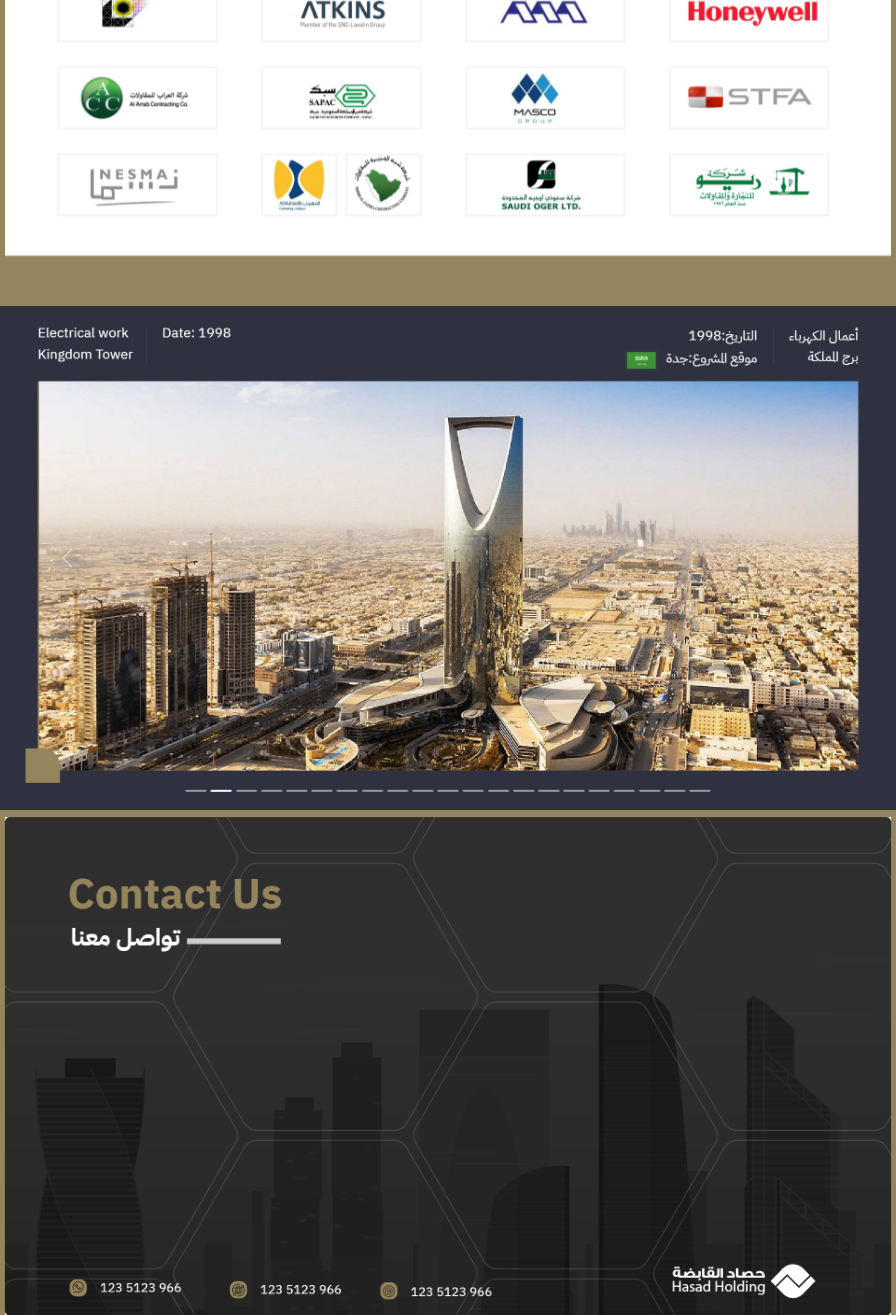
Repository: shahzaibrehman123/hasad-holding
Page: /
An editor plug-in stored every save of this project. The page is shown before and after the next save, followed by the edit.
The browser window is 1280 px wide. The pictures show the part of the page from y = 3536 to 5456 px (the page is 5415 px tall before and 5456 px after), at 70% of full size.
The project was rebuilt for these pictures with package versions that can differ from the ones it lists, and the page was loaded fresh each time.

Above is the page before, as saved 2023-11-07 18:27:58.

After the next save:
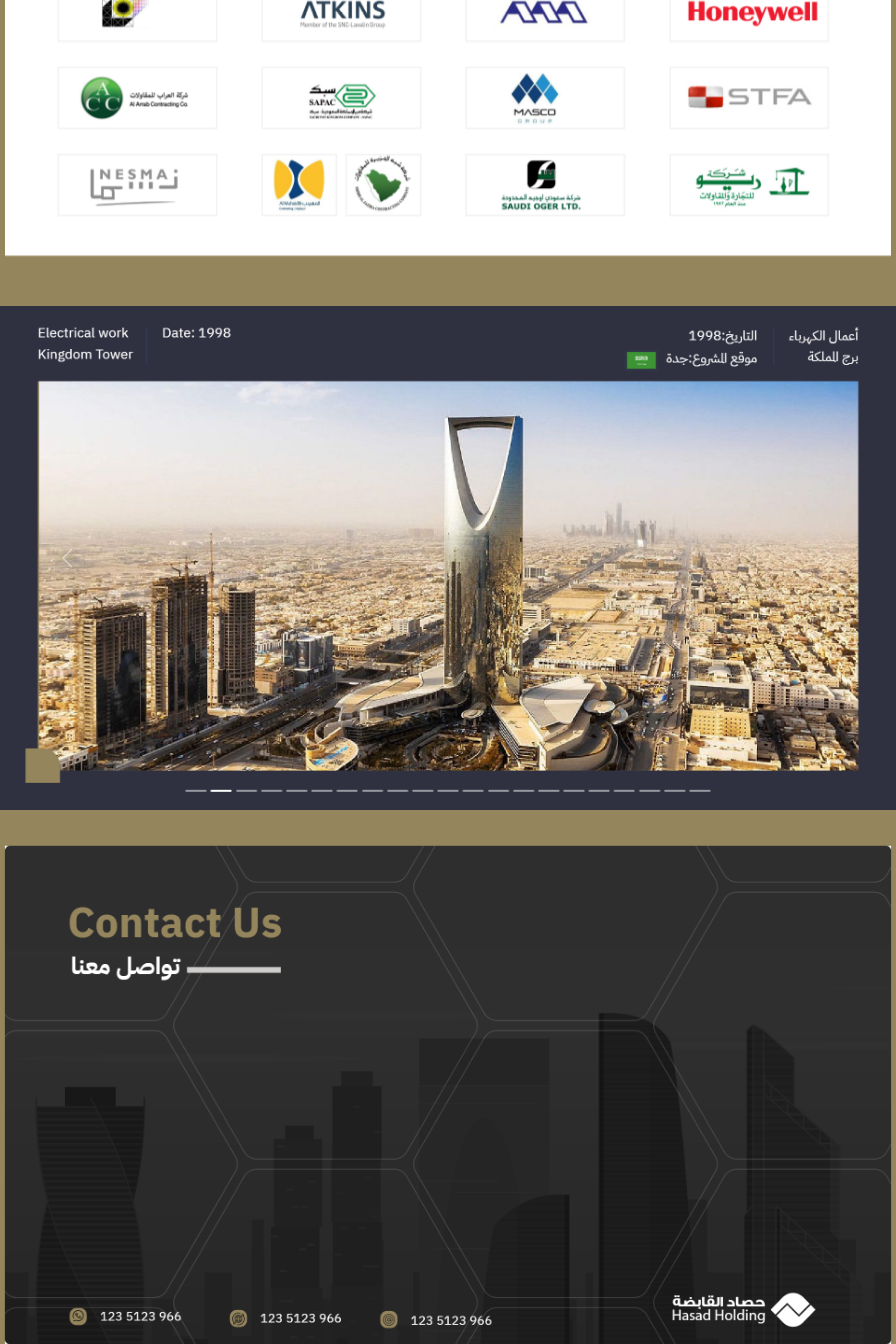
Saved 15 s later.
--- a/src/components/Contact/style.css
+++ b/src/components/Contact/style.css
@@ -1,5 +1,5 @@
 .contact-container {
-  margin:10px 7px 0px 7px;
+  margin:4% 7px 0px 7px;
 }
 .img-responsive {
   width: 100%;
